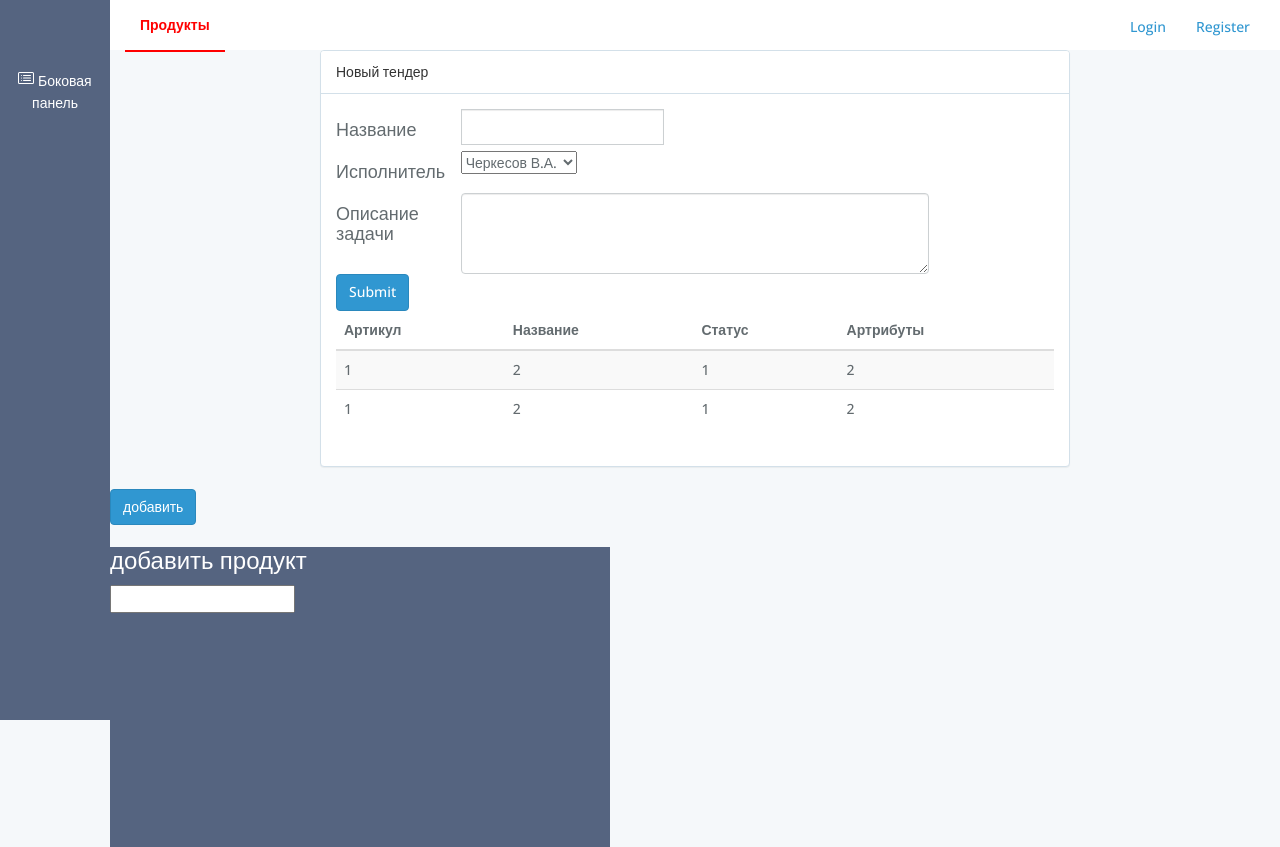
Repository: blackjack043/laravel-crud
Page: http://localhost/page2
These files come from the project's save history. The page is drawn as it stood at one moment and after the next save; the edit follows.
The browser window is 1280 px wide. The pictures show the whole page.
Some web fonts or font styles are not loaded; a fallback is used. The page is served by the project's Laravel application, run on PHP 8.4 with Laravel 8.

Above is the page before, as saved 2022-03-07 15:56:03.

After the next save:
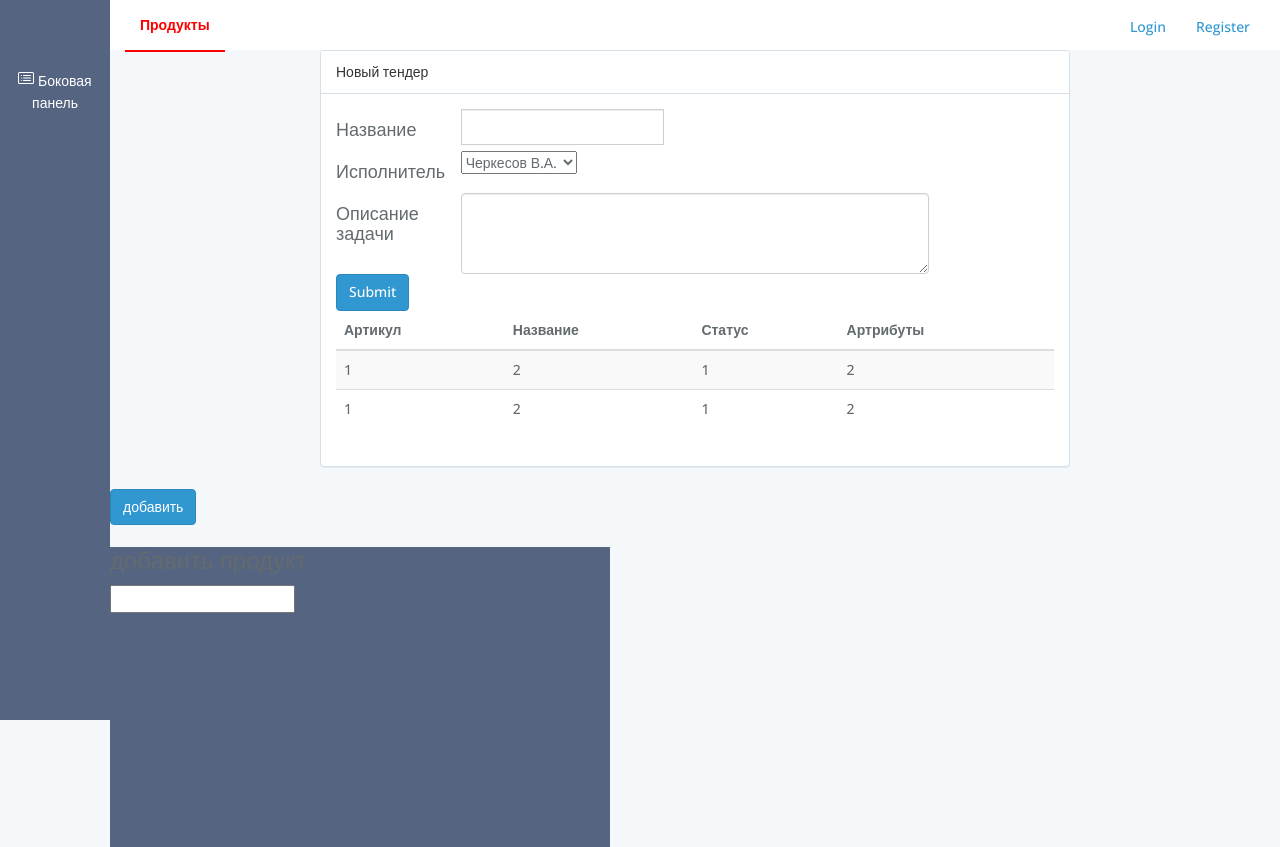
Saved 24 s later.
--- a/resources/views/page2.blade.php
+++ b/resources/views/page2.blade.php
@@ -89,9 +89,9 @@
 <div>
 
 <button class="btn btn-primary">добавить</button>
-<div style="background-color: #556480;width:500px;height: 300px;color: white">
+<div style="background-color: #556480;width:500px;height: 300px;">
     <div><h3>добавить продукт</h3></div>
-    <div><input type="text"> </input> </div>
+    <div><input type="text" /> </div>
 </div>
 
 </div>

After the save that followed:
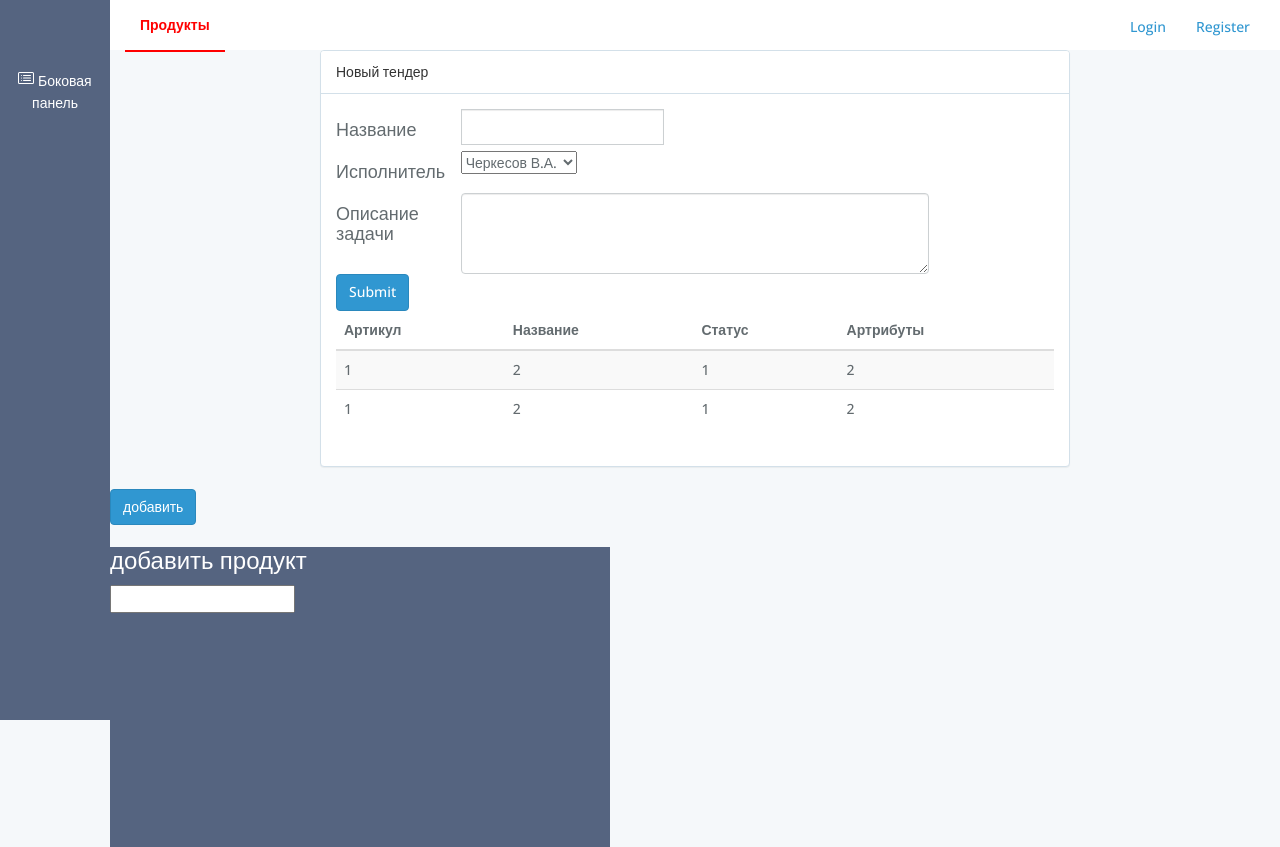
Saved 19 s later.
--- a/resources/views/page2.blade.php
+++ b/resources/views/page2.blade.php
@@ -90,7 +90,7 @@
 
 <button class="btn btn-primary">добавить</button>
 <div style="background-color: #556480;width:500px;height: 300px;">
-    <div><h3>добавить продукт</h3></div>
+    <div style="color: white"><h3>добавить продукт</h3></div>
     <div><input type="text" /> </div>
 </div>
 
